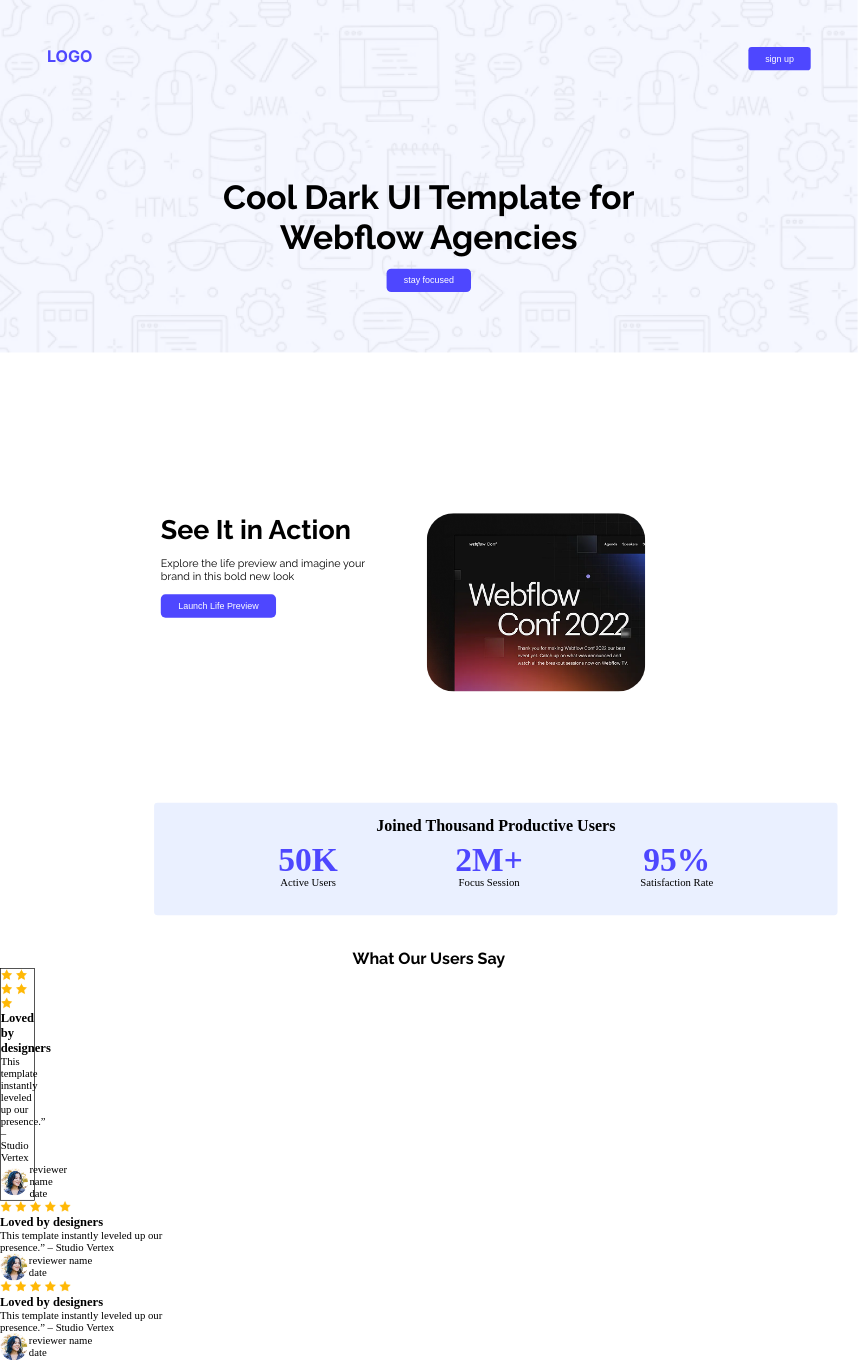
Repository: dollyrakhe22/landing-launchpad
Page: index.html
An editor plug-in stored every save of this project. The page is shown before and after the next save, followed by the edit.
The browser window is 1280 px wide. The pictures show the whole page, at 67% of full size.

Above is the page before, as saved 2025-07-11 04:14:26.

### index.html
<!DOCTYPE html>
<html lang="en">
<head>
    <meta charset="UTF-8">
    <meta name="viewport" content="width=device-width, initial-scale=1.0">
    <title>Landing Launchpad</title>
    <link rel="preconnect" href="https://fonts.googleapis.com">
    <link rel="preconnect" href="https://fonts.googleapis.com">
<link rel="preconnect" href="https://fonts.gstatic.com" crossorigin>
<link href="https://fonts.googleapis.com/css2?family=Inter:ital,opsz,wght@0,14..32,100..900;1,14..32,100..900&family=Open+Sans:ital,wght@0,300..800;1,300..800&family=Raleway:ital,wght@0,100..900;1,100..900&display=swap" rel="stylesheet">
    <link rel="stylesheet" href="style.css">
   </head>
   <body>
    <header>

        <nav>
         <h2 class="inter-normal">LOGO</h2>
            <a href="#"><button>sign up</button></a>
        </nav>
        <div class="banner-section">
             <h1 class="raleway-normal" >Cool Dark UI Template for <br>Webflow Agencies</h1><br>
            <a href=""><button class="button-container">stay focused</button></a>
        </div>
    </header>
    <main>
           <!--action-container--->
           <div class="section-1">
            <div >
                <h3 class="raleway-normal">See It in Action</h3><br>
                <p class="raleway-normal" >Explore the life preview and imagine your<br>brand in this bold new look</p><br>
                 <a href=""><button class="button-container">Launch Life Preview</button></a>
                 </div>
                <div>
                     <img src="Assets/wc-mini.png" weight="90%"height="80%"
                     alt="" srcset="">
                </div>
            </div>
           <!--Users-Section-->
           <section class="users-container">
            <h1>Joined Thousand Productive Users</h1>
            <div class="contain">
                 <div>
                <h1>50K</h1>
                <p>Active Users</p>
            </div>
            <div>
                <h1>2M+</h1>
                <p>Focus Session</p>
            </div>
            <div>
                <h1>95%</h1>
                <p>Satisfaction Rate</p>
            </div>
            </div>


           </section>
            <!--Review-Card-->
            <section class="review-card">
                <h1 class="raleway-normal">What Our Users Say</h1>

               <div class="box-1">
                 <div class="stars">
                   <img src="Assets/icon-star.png" alt="" srcset="">
                   <img src="Assets/icon-star.png" alt="" srcset="">
                   <img src="Assets/icon-star.png" alt="" srcset="">
                   <img src="Assets/icon-star.png" alt="" srcset="">
                   <img src="Assets/icon-star.png" alt="" srcset="">
                </div>
                <h3>Loved by designers</h3>
                <p>This template instantly leveled up our<br> presence.” – Studio Vertex</p>
                <div class="avater">
                <div class="user-details">
                    <img src="Assets/avatar.png" alt="" srcset="">

                <p>reviewer name<br>date</p>

                </div>
                </div>

               </div>

                <div>
                     <div class="stars">
                   <img src="Assets/icon-star.png" alt="" srcset="">
                   <img src="Assets/icon-star.png" alt="" srcset="">
                   <img src="Assets/icon-star.png" alt="" srcset="">
                   <img src="Assets/icon-star.png" alt="" srcset="">
                   <img src="Assets/icon-star.png" alt="" srcset="">
                </div>
                <h3>Loved by designers</h3>
                <p>This template instantly leveled up our<br> presence.” – Studio Vertex</p>
                <div class="avater">
                <div class="user-details">
                    <img src="Assets/avatar.png" alt="" srcset="">

                <p>reviewer name<br>date</p>

                </div>
                </div>
                </div>



                <div>
                         <div class="stars">
                   <img src="Assets/icon-star.png" alt="" srcset="">
                   <img src="Assets/icon-star.png" alt="" srcset="">
                   <img src="Assets/icon-star.png" alt="" srcset="">
                   <img src="Assets/icon-star.png" alt="" srcset="">
                   <img src="Assets/icon-star.png" alt="" srcset="">
                </div>
                <h3>Loved by designers</h3>
                <p>This template instantly leveled up our<br> presence.” – Studio Vertex</p>
                <div class="avater">
                <div class="user-details">
                    <img src="Assets/avatar.png" alt="" srcset="">

                <p>reviewer name<br>date</p>

                </div>
                </div>
                </div>

            </section>

    </main>
    <footer>

    </footer>
</body>
</html>

### style.css
*{
    padding: 0;
    margin: 0;
}


.inter-normal {
  font-family: "Inter", sans-serif;
  font-optical-sizing: auto;
  font-style: normal;
}
header{
    background-image: url("Assets/Hero-bg.png");


}
/*nav style*/
h2{
    color:#4E47FF;
   font-weight:bolder;


}
nav{
    display: flex;
    justify-content: space-between;
    padding: 70px;
}
nav button{
    text-decoration: none;
    padding: 10px 25px;
    background-color:#4E47FF ;
    color:white;
    border-radius: 5px;
    border: none;


}

.raleway-normal{
  font-family: "Raleway", sans-serif;
  font-optical-sizing: auto;
  font-style: normal;
}
.banner-section{
    text-align: center;
    padding: 90px;
}
.banner-section h1{
    font-weight: bolder;
    font-size: 50px;
}
.button-container{
     padding: 10px 26px;
    background-color:#4E47FF ;
    color:white;
    border-radius: 7px;
    border: none;

}
/*action-container*/

.section-1{
    display: flex;
    justify-content: space-between;
    padding: 50px;
    margin: 190px;

}
.section-1 h3{
    font-size: 40px;
}
.section-1  p{

}
.section-1 img{
    border-radius: 40px;


}
/*Users- Section*/
.users-container{

    text-align: center;
    border: none;
    background-color: #eaf0ff;
    max-width: 1000px;
    padding:10px;
    margin: 0px 0px 0px 230px;
    margin-bottom: 50px;
    margin-top: -140px;
    border-radius: 5px;


}
.users-container h1{
    line-height: 50px;
}
.contain{
    display: flex;
    justify-content: center;
    justify-content: space-evenly;
    margin-bottom: 30px;



}
.contain h1{
    color: #4E47FF ;
    font-weight: bold;
    font-size: 50px;

}
/*Review-Card*/

   .box-1{
    border: 1px solid black;
    width:50px;
   }


.review-card h1{
    text-align: center;
}
.user-details img{
    border-radius: 50%;
}
.user-details{
    display: flex;
    align-items: center;
    gap:2px;
}

After the next save:
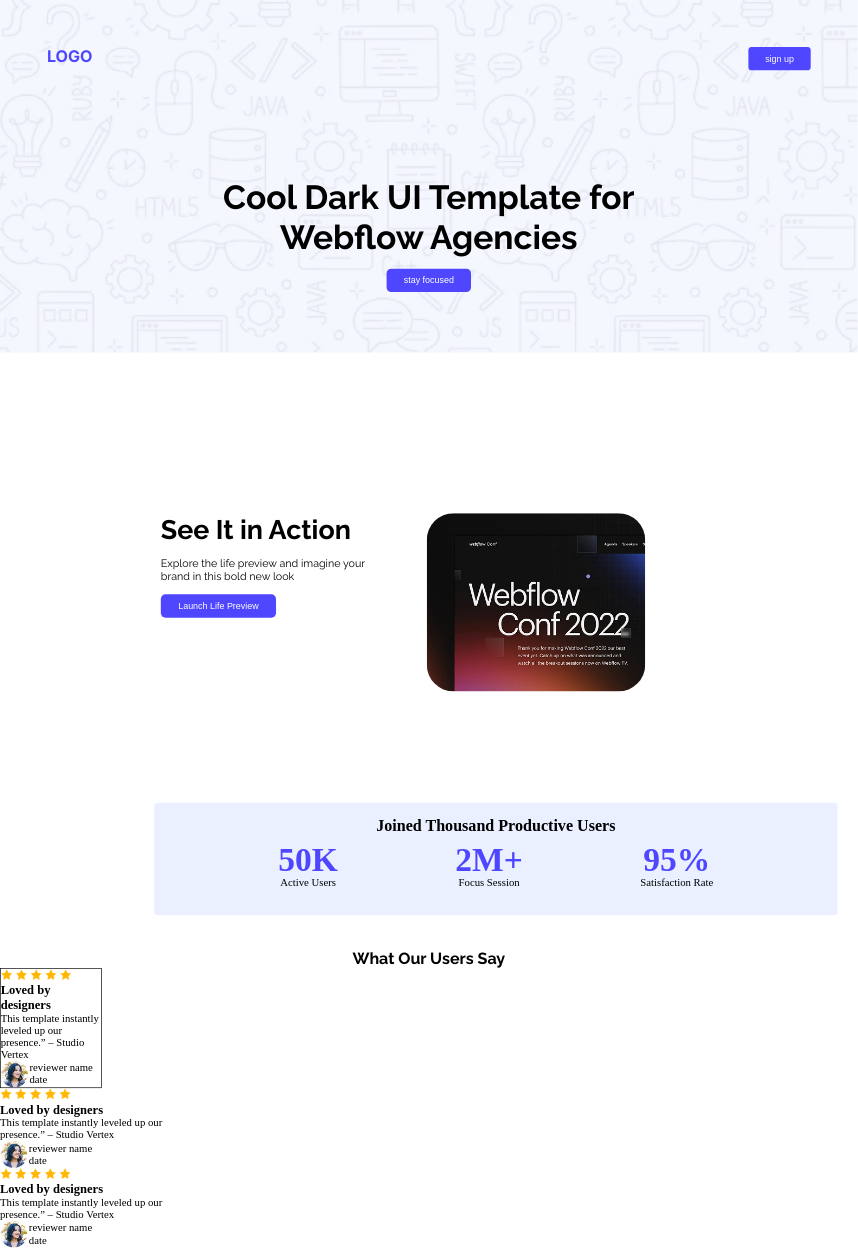
Saved 15 s later.
--- a/style.css
+++ b/style.css
@@ -115,7 +115,7 @@ nav button{
 
    .box-1{
     border: 1px solid black;
-    width:50px;
+    width:150px;
    }
 
 
